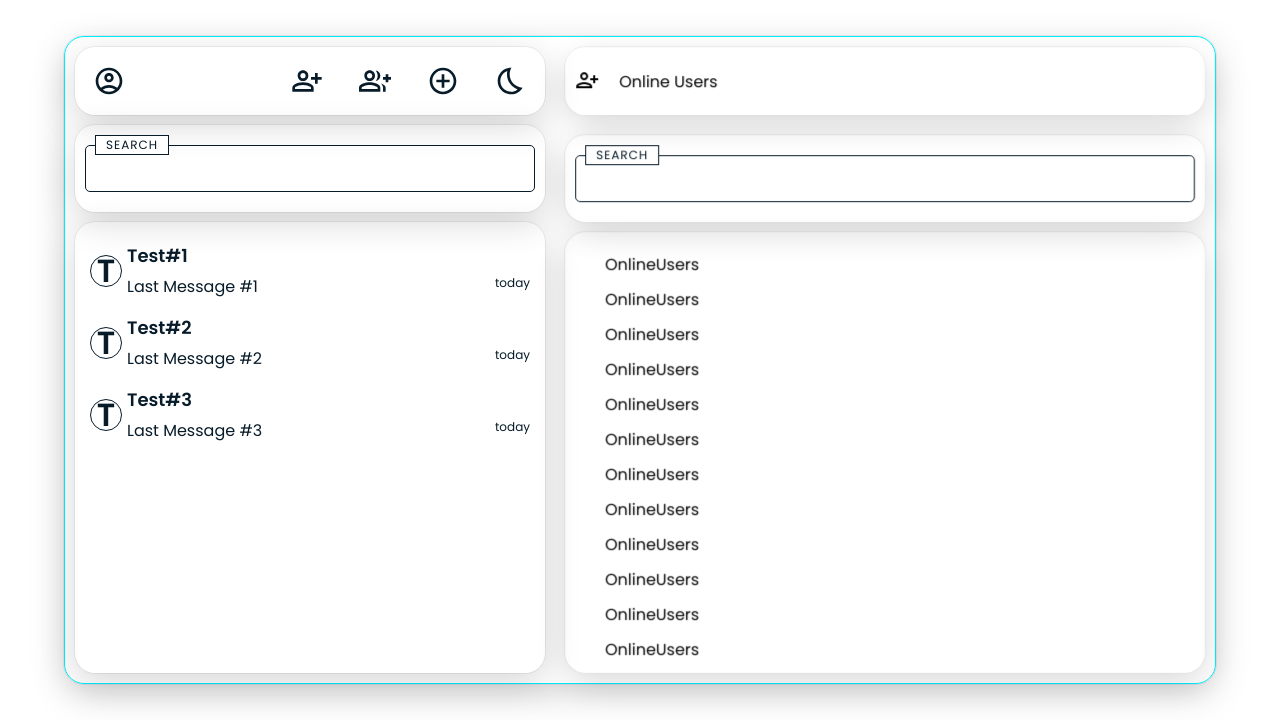
Repository: swastikjhacoder/mern-chat-frontend-only
Page: /users
These files come from the project's save history. The page is drawn as it stood at one moment and after the next save; the edit follows.
The browser window is 1280 px wide. The pictures show the whole page.
An inner scrolling area shows only its first screen. The project was rebuilt for these pictures with package versions that can differ from the ones it lists, and the page was loaded fresh each time. Also part of the build but not shown: src/components/loginSignup/Login.jsx, src/components/chat/MessageOthers.jsx, src/components/chat/MessageSelf.jsx, src/components/chat/ChatContainer.jsx. Imported but missing from the stored project, and not drawn on this page: src/components/loginSignup/SignUp.

Above is the page before, as saved 2023-09-21 22:30:19.

### src/index.js
import React from "react";
import ReactDOM from "react-dom/client";
import "./index.css";
import App from "./App";
import { BrowserRouter } from "react-router-dom";
import { Provider } from "react-redux";
import { store } from "./redux/store";

const root = ReactDOM.createRoot(document.getElementById("root"));
root.render(
  <React.StrictMode>
    <Provider store={store}>
      <BrowserRouter>
        <App />
      </BrowserRouter>
    </Provider>
  </React.StrictMode>
);

### src/index.css
@import url('https://fonts.googleapis.com/css2?family=Poppins:ital,wght@0,100;0,200;0,300;0,400;0,500;0,600;0,700;0,800;0,900;1,400&display=swap');

:root {
  --border-color: #0ef;
  --body-color: #081b29;
  --container-default-color: #fff;
  --self-message-background-color: #63d7b0;
  --other-message-background-color: #e2e4e3;
  --box-shadow: rgba(0, 0, 0, 0.16) 0px 10px 36px 0px, rgba(0, 0, 0, 0.06) 0px 0px 0px 1px;

  --large-font-size: 32px;
  --medium-font-size: 18px;
  --normal-font-size: 16px;
  --small-font-size: 12px;
  --tiny-font-size: 10px;

  --bolder-font-weight: 600;
}

::-webkit-scrollbar {
  width: 6px !important;
  height: 6px !important;
}

::-webkit-scrollbar-track {
  background: hsla(0, 0%, 100%, -1);
}

::-webkit-scrollbar-thumb {
  background: rgba(0, 0, 0, 0.2);
}


* {
  margin: 0;
  padding: 0;
  box-sizing: border-box;
  font-family: 'Poppins', sans-serif;
}

body {
  display: flex;
  flex-direction: column;
  justify-content: center;
  align-items: center;
}

.app-container {
  display: flex;
  width: 100vw;
  height: 100vh;
  flex-direction: column;
  justify-content: center;
  align-items: center;
}

.container {
  display: flex;
  flex-direction: row;
  gap: 10px;
  width: 90vw;
  height: 90vh;
  border-radius: 20px;
  border: 1px solid var(--border-color);
  box-shadow: var(--box-shadow);
}

.left-sidebar-container {
  display: flex;
  flex-direction: column;
  flex: 0.3;
  padding: 10px;
}

.sb-header {
  display: flex;
  flex-direction: row;
  border-radius: 20px;
  justify-content: space-between;
  box-shadow: var(--box-shadow);
}

.sb-header >div {
  width: max-content;
}

.icon {
  font-size: var(--large-font-size) !important;
  margin: 10px;
}

.sb-search {
  display: flex;
  flex-direction: row;
  width: 100%;
  padding: 10px;
  margin-top: 10px;
  border-radius: 20px;
  box-shadow: var(--box-shadow);
}

.input-box {
  position: relative;
  width: 450px;
  margin: 10px 0;
}

.input-box input {
  width: 100%;
  padding: 10px;
  background: transparent;
  border-radius: 5px;
  color: var(--body-color);
  outline: none;
  font-size: var(--title-text-size);
}

.input-box span {
  position: absolute;
  left: 0;
  padding: 0 10px;
  pointer-events: none;
  font-size: var(--small-font-size);
  text-transform: uppercase;
  letter-spacing: 1px;
  transform: translateX(10px) translateY(-10px);
}

.sb-conversations {
  background-color: var(--container-color);
  border-radius: 20px;
  padding: 10px 5px;
  margin-top: 10px;
  flex: 1;
  overflow-y: scroll;
  box-shadow: var(--box-shadow);
}

.conversation-container {
  display: grid;
  grid-template-columns: 32px auto auto;
  grid-template-rows: auto auto;
  column-gap: 10px;
  padding: 5px;
  gap: 5px;
  margin: 5px;
  border-radius: 20px;
  transition-duration: .5s;
}

.con-icon {
  grid-area: 1/1/3/2;
  display: flex;
  justify-content: center;
  align-items: center;
  font-size: var(--large-font-size);
  font-weight: var(--bolder-font-weight);
  height: 32px;
  width: 32px;
  padding: 2px;
  border-radius: 50%;
  justify-self: center;
  align-self: center;
}

.con-title {
  grid-area: 1/2/2/4;
  font-weight: var(--bolder-font-weight);
  font-size: var(--medium-font-size);
}

.con-lastMessage {
  font-size: var(--normal-font-size);
}

.con-timeStamp {
  justify-self: flex-end;
  font-size: var(--small-font-size);
}

.right-sidebar-container {
  flex: .7;
  display: flex;
  flex-direction: column;
  gap: 10px;
  padding: 10px 10px 10px 0;
}

.chat-header {
  display: flex;
  justify-content: space-between;
  column-gap: 10px;
  padding: 10px;
  border-radius: 20px;
  box-shadow: var(--box-shadow);
}

.chat-header-info {
  display: flex;
  flex-direction: row;
  justify-content: center;
  align-items: center;
  gap: 10px;
}

.chat-message {
  flex: 1;
  background-color: var(--container-color);
  border-radius: 20px;
  padding: 20px 40px;
  overflow-y: scroll;
  box-shadow: var(--box-shadow);
}

.chat-input {
  display: flex;
  flex-direction: row;
  justify-content: space-between;
  align-items: center;
  border-radius: 20px;
  padding: 10px;
  box-shadow: var(--box-shadow)
}

.self-message-container {
  display: flex;
  justify-content: flex-end;
}

.self-message {
  display: flex;
  flex-direction: column;
  background-color: var(--self-message-background-color);
  width: max-content;
  padding: 10px 10px;
  margin: 5px;
  border-radius: 20px;
}
.self-title {
  font-weight: var(--bolder-font-weight);
  font-size: var(--medium-font-size);
}

.self-message {
  font-size: var(--normal-font-size);
}

.self-timestamp {
  margin-left: auto;
  font-size: var(--small-font-size);
}

.other-message-container {
  display: flex;
  justify-content: flex-start;
  flex-direction: row;
  gap: 5px;
  width: max-content;
  padding: 10px 10px;
  margin: 5px;
  border-radius: 20px;
}

.other-icon {
  display: flex;
  justify-content: center;
  align-items: center;
  font-size: var(--large-font-size);
  font-weight: var(--bolder-font-weight);
  height: 32px;
  width: 32px;
  padding: 2px;
  border-radius: 50%;
  justify-self: center;
  align-self: center;
}

.other-text-content {
  display: flex;
  flex-direction: column;
  background-color: var(--other-message-background-color);
  padding: 10px 10px;
  border-radius: 20px;
}

.other-title {
  font-weight: var(--bolder-font-weight);
  font-size: var(--medium-font-size);
}

.other-message {
  font-size: var(--normal-font-size);
}

.other-timestamp {
  margin-left: auto;
  font-size: var(--small-font-size);
}

.online-users-header {
  border-radius: 20px;
  display: flex;
  gap: 10px;
  box-shadow: var(--box-shadow);
  align-items: center;
}

.online-users-search {
  display: flex;
  flex-direction: row;
  width: 100%;
  padding: 10px;
  margin-top: 10px;
  border-radius: 20px;
  box-shadow: var(--box-shadow);
}

.online-users-list {
  display: flex;
  flex-direction: column;
  flex: 1;
  gap: 10px;
  padding: 10px;
  border-radius: 20px;
  padding: 20px 40px;
  overflow-y: scroll;
  box-shadow: var(--box-shadow);
  cursor: pointer;
  transition-duration: .5s;
}

### src/App.js
// import { Button } from "@mui/material";
// import React from "react";
// import { useSelector, useDispatch } from "react-redux";
// import { toggleDarkMode, addUser, removeUser } from './redux/liveChatSlice';

// function App() {
//   const dispatch = useDispatch();
//   const mode = useSelector((state) => state.liveChat.mode);
//   const userInfo = useSelector((state) => state.liveChat.userInfo);
//   const background = useSelector( ( state ) => state.liveChat.background );
//   console.log(mode);
//   console.log(userInfo);
//   console.log(background);
//   return (
//     <>
//       <Button onClick={() => dispatch(toggleDarkMode())}>Click Me</Button>
//     </>
//   );
// }

// export default App;

import React from "react";
import { useSelector } from "react-redux";
import "./index.css";
import { Routes, Route } from "react-router-dom";
import MainContainer from "./components/MainContainer";
import Login from "./components/loginSignup/Login";
import SignUp from "./components/loginSignup/SignUp";
import ChatContainer from "./components/chat/ChatContainer";
import OnlineUsersGroup from "./components/chat/OnlineUsersGroup";

const App = () => {
  const background = useSelector((state) => state.liveChat.background);
  // console.log(background);
  return (
    <>
      <div style={{ backgroundColor: background }} className="app-container">
        <Routes>
          <Route path="/" element={<MainContainer />}>
            <Route path="login" element={<Login />} />
            <Route path="signup" element={<SignUp />} />
            <Route path="chat" element={<ChatContainer />} />
            <Route path="users" element={<OnlineUsersGroup />} />
          </Route>
        </Routes>
      </div>
    </>
  );
};

export default App;

### src/redux/store.js
import { configureStore } from '@reduxjs/toolkit';
import liveChatReducer from './liveChatSlice';

export const store = configureStore({
  reducer: {
    liveChat: liveChatReducer,
  },
});

### src/components/MainContainer.jsx
import React from "react";
import { Outlet } from "react-router-dom";
import SideBar from "./chat/SideBar";
// import { useSelector } from "react-redux";
// import Login from "./loginSignup/Login";

const MainContainer = () => {
  // const user = useSelector((state) => state.liveChat.userInfo);
  // console.log(user);
  return (
    <>
      <div className="container">
        {/*
        { user ? <SideBar/> : <Login /> }*/
        }
        <SideBar />
        <Outlet />
      </div>
    </>
  );
};

export default MainContainer;

### src/components/chat/OnlineUsersGroup.jsx
import React from "react";
import { IconButton } from "@mui/material";
import PersonAddAlt1OutlinedIcon from "@mui/icons-material/PersonAddAlt1Outlined";
import { AnimatePresence, motion } from "framer-motion";
import { useSelector } from "react-redux";
import OnlineUsers from "./OnlineUsers";

const OnlineUsersGroup = () => {
  const { background, color } = useSelector((state) => state.liveChat);
  return (
    <AnimatePresence>
      <motion.div
        initial={{ opacity: 0, scale: 0 }}
        animate={{ opacity: 1, scale: 1 }}
        exit={{ opacity: 0, scale: 0 }}
        transition={{
          ease: "anticipate",
          duration: "0.3",
        }}
        className="right-sidebar-container"
      >
        <div className="online-users-header">
          <div className="icon">
            <PersonAddAlt1OutlinedIcon />
          </div>
          <p>Online Users</p>
        </div>
        <div className="online-users-search">
          <div className="input-box" style={{ flex: 1 }}>
            <input
              type="search"
              name="search"
              required="required"
              style={{ border: `1px solid ${color}`, color: color }}
            />
            <span
              style={{
                color: color,
                border: `1px solid ${color}`,
                background: background,
              }}
            >
              Search
            </span>
          </div>
        </div>
        <div className="online-users-list">
          <OnlineUsers />
          <OnlineUsers />
          <OnlineUsers />
          <OnlineUsers />
          <OnlineUsers />
          <OnlineUsers />
          <OnlineUsers />
          <OnlineUsers />
          <OnlineUsers />
          <OnlineUsers />
          <OnlineUsers />
          <OnlineUsers />
          <OnlineUsers />
          <OnlineUsers />
        </div>
      </motion.div>
    </AnimatePresence>
  );
};

export default OnlineUsersGroup;

### src/redux/liveChatSlice.js
import { createSlice } from "@reduxjs/toolkit";

const initialState = {
  mode: JSON.parse(localStorage.getItem("darkMode")) || false,
  userInfo: null,
  background: JSON.parse(localStorage.getItem("backgroundColor")) || "#fff",
  color: JSON.parse(localStorage.getItem("color")) || "#081b29",
};

export const liveChatSlice = createSlice({
  name: "liveChat",
  initialState,
  reducers: {
    toggleDarkMode: (state) => {
      state.mode = !state.mode;
      if (!state.mode) {
        state.background = "#fff";
        state.color = "#081b29";
      } else {
        state.background = "#081b29";
        state.color = "#fff";
      }
      localStorage.setItem("darkMode", JSON.stringify(state.mode));
      localStorage.setItem("backgroundColor", JSON.stringify(state.background));
      localStorage.setItem("color", JSON.stringify(state.color));
    },
    addUser: (state, action) => {
      state.userInfo = action.payload;
    },
    removeUser: (state) => {
      state.userInfo = null;
    },
  },
});

export const { toggleDarkMode, addUser, removeUser } =
  liveChatSlice.actions;
export default liveChatSlice.reducer;

### src/components/chat/SideBar.jsx
import React from "react";
import AccountCircleOutlinedIcon from "@mui/icons-material/AccountCircleOutlined";
import PersonAddAltOutlinedIcon from "@mui/icons-material/PersonAddAltOutlined";
import GroupAddOutlinedIcon from "@mui/icons-material/GroupAddOutlined";
import AddCircleOutlineOutlinedIcon from "@mui/icons-material/AddCircleOutlineOutlined";
import BedtimeOutlinedIcon from "@mui/icons-material/BedtimeOutlined";
import LightModeOutlinedIcon from "@mui/icons-material/LightModeOutlined";
import { useSelector, useDispatch } from "react-redux";
import { IconButton } from "@mui/material";
import { toggleDarkMode } from "../../redux/liveChatSlice";
import ConversationList from "./ConversationList";
import {useNavigate } from 'react-router-dom';

const SideBar = () =>
{
  const navigate = useNavigate();
  const dispatch = useDispatch();
  const { mode, background, color } = useSelector((state) => state.liveChat);
  const conversations = [
    {
      name: "Test#1",
      lastMessage: "Last Message #1",
      timeStamp: "today",
    },
    {
      name: "Test#2",
      lastMessage: "Last Message #2",
      timeStamp: "today",
    },
    {
      name: "Test#3",
      lastMessage: "Last Message #3",
      timeStamp: "today",
    },
  ];
  console.log(mode);
  return (
    <>
      <div className="left-sidebar-container">
        <div className="sb-header">
          <div>
            <IconButton>
              <AccountCircleOutlinedIcon
                className="icon"
                style={{ color: color }}
              />
            </IconButton>
          </div>
          <div>
            <IconButton>
              <PersonAddAltOutlinedIcon
                className="icon"
                style={ { color: color } }
                onClick={ () => { navigate( 'users' ); }}
              />
            </IconButton>
            <IconButton>
              <GroupAddOutlinedIcon className="icon" style={{ color: color }} />
            </IconButton>
            <IconButton>
              <AddCircleOutlineOutlinedIcon
                className="icon"
                style={{ color: color }}
              />
            </IconButton>
            <IconButton onClick={() => dispatch(toggleDarkMode())}>
              {mode ? (
                <LightModeOutlinedIcon
                  className="icon"
                  style={{ color: color }}
                />
              ) : (
                <BedtimeOutlinedIcon
                  className="icon"
                  style={{ color: color }}
                />
              )}
            </IconButton>
          </div>
        </div>
        <div className="sb-search">
          <div className="input-box">
            <input
              type="search"
              name="search"
              required="required"
              style={{ border: `1px solid ${color}`, color: color }}
            />
            <span
              style={{
                color: color,
                border: `1px solid ${color}`,
                background: background,
              }}
            >
              Search
            </span>
          </div>
        </div>
        <div className="sb-conversations">
          {conversations.map((conversation, index) => {
            return <ConversationList key={index} props={conversation} />;
          })}
        </div>
      </div>
    </>
  );
};

export default SideBar;

### src/components/chat/OnlineUsers.jsx
import React from 'react'

const OnlineUsers = () => {
  return (
    <div>OnlineUsers</div>
  )
}

export default OnlineUsers

### src/components/chat/ConversationList.jsx
import React from "react";
import { motion } from "framer-motion";
import { useNavigate} from 'react-router-dom';
import { useSelector } from "react-redux";

const ConversationList = ({ props }) => {
  const navigate = useNavigate();
  const { color } = useSelector((state) => state.liveChat);
  return (
    <>
      <motion.div
        whileHover={{ scale: 1.01, cursor: "pointer" }}
        whileTap={{ scale: 0.98 }}
        className="conversation-container"
        onClick={ () => { navigate( 'chat' ); }}
      >
        <p
          className="con-icon"
          style={{
            color: color,
            border: `1px solid ${color}`,
          }}
        >
          {props.name[0]}
        </p>
        <p className="con-title" style={{ color: color }}>
          {props.name}
        </p>
        <p className="con-lastMessage" style={{ color: color }}>
          {props.lastMessage}
        </p>
        <p className="con-timeStamp" style={{ color: color }}>
          {props.timeStamp}
        </p>
      </motion.div>
    </>
  );
};

export default ConversationList;

After the next save:
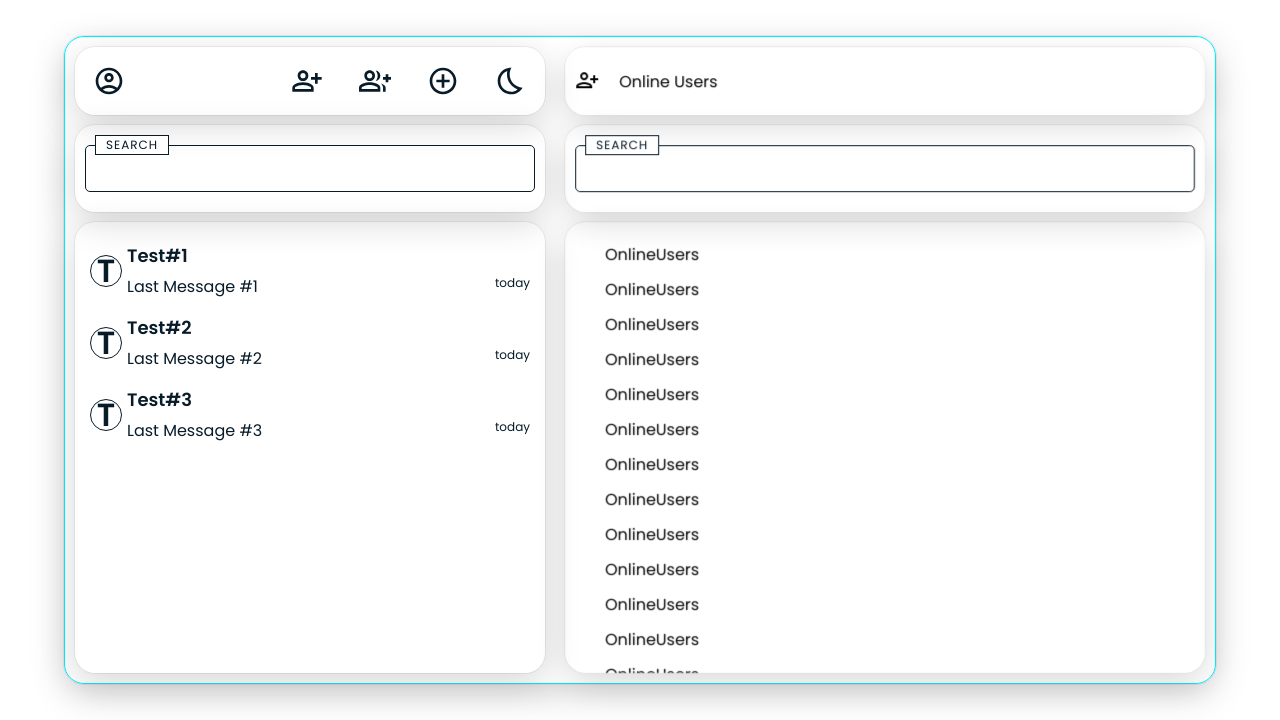
Saved 17 s later.
--- a/src/index.css
+++ b/src/index.css
@@ -310,7 +310,6 @@ body {
   flex-direction: row;
   width: 100%;
   padding: 10px;
-  margin-top: 10px;
   border-radius: 20px;
   box-shadow: var(--box-shadow);
 }
